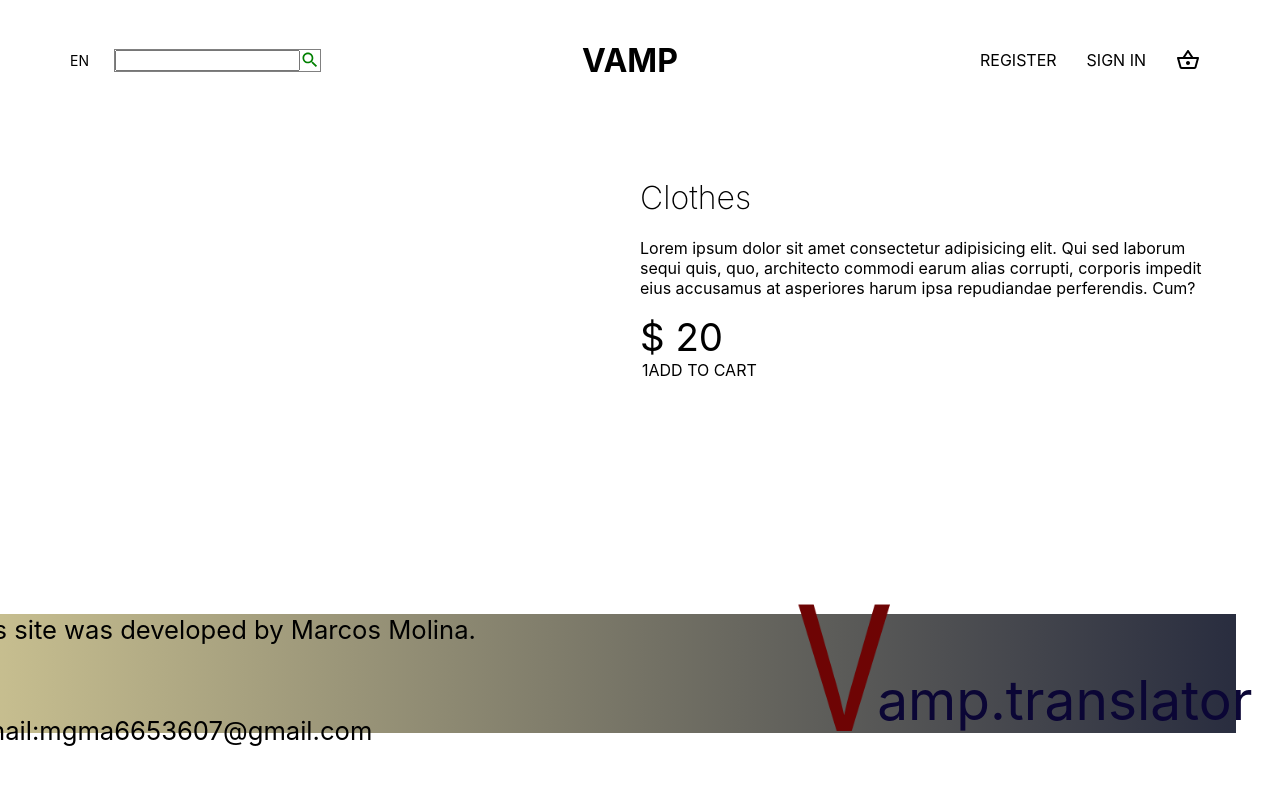
Repository: mgma2005/ecoeli
Page: /
These files come from the project's save history. The page is drawn as it stood at one moment and after the next save; the edit follows.
The browser window is 1280 px wide. The pictures show the part of the page from y = 173 to 979 px (the page is 962 px tall before and 979 px after).
The project was rebuilt for these pictures with package versions that can differ from the ones it lists, and the page was loaded fresh each time. Also part of the build but not shown: src/App.css.

Above is the page before, as saved 2022-05-14 17:31:48.

### src/App.js

import './App.css';
//import Home from './pages/Home';
import React from 'react';
//import ProductList from './pages/ProductList';
import Product from './pages/Product';


function App() {
  return <Product />
}

export default App;

### src/pages/Product.jsx
import { Add } from "@material-ui/icons";
import { Remove } from "@material-ui/icons";
import styled from "styled-components";
//import Product from '../pages/Product';
import Announcement from "../Components/Announcement";
import Navbar from '../pages/Navbar';
import Footer from '../Components/Footer';




const Container = styled.div`
  padding: 50px;

`;

const Wrapper = styled.div`
  display: flex;
`;

const ImgContainer = styled.div`
  flex: 1;
`;

const Image = styled.div`
  width: 100%;
  height: 90vh;
  object-fit: cover;
`;

const InfoContainer = styled.div`
  flex: 1;
  padding: 0px 50 px;
`;

const Title = styled.h1`
  font-weight: 200;
  margin-top: 20%;
`;

const Desc = styled.p``;

const Price = styled.span`
  font-size: 3vw;
`;

const AddContainer = styled.option`
  display: flex;
  align-items: center;
  width: 50%;
  justify-content: space-between;
`;
const AmountContainer = styled.div`
  display: flex;
  align-items: center;
  font-weight: 700;
`;
const Amount = styled.span``;

const Button = styled.button``;





const Product = ({ item }) => {
  return (
    <Container>
        <Announcement/>
        <Navbar/>
        <Wrapper>
        <ImgContainer>
        <Image src="https://www.tactimex.com/wp-content/uploads/2018/11/Googles1.jpg"/>
        </ImgContainer>
        <InfoContainer>
          <Title>Clothes</Title>
          <Desc>Lorem ipsum dolor sit amet consectetur adipisicing elit. Qui sed laborum sequi quis, quo, architecto commodi earum alias corrupti, corporis impedit eius accusamus at asperiores harum ipsa repudiandae perferendis. Cum? </Desc>
          <Price>$ 20</Price>
          <AddContainer>

            <AmountContainer>
              <Remove/>
              <Amount>1</Amount>
              <Add/>
            </AmountContainer>
            <Button>ADD TO CART</Button>
          </AddContainer>
        </InfoContainer>
      </Wrapper>
      <Footer />
    </Container>
  );
};

export default Product;

### src/Components/Announcement.jsx
import styled from "styled-components";
import React from "react";

const Text = styled.div`
  font-size: 5vw;
  text-align: center;
  background-image: url("https://img.freepik.com/foto-gratis/bandera-argentina-sobre-fondo-blanco_532129-292.jpg?w=900");
  background-size: 20vw;
  background-repeat: no-repeat;
  background-position: center;



`

const P = styled.div`
  font-size: 3vw;
`


const Announcement = () => {
  return (
    <Text>
          Wellcome to Miss Argentina...
        <P>
          the most beautifull footwear ever!
        </P>
    </Text>
  )
}

export default Announcement

### src/pages/Navbar.jsx
import React from 'react';
import styled from 'styled-components';
import { Search, ShoppingBasketOutlined } from "@material-ui/icons";
import { Badge } from '@material-ui/core';



const Container = styled.div`
height: 60px;

`

const Wrapper = styled.div`
padding: 10px 20px;
display: flex;
align-items: center;
justify-content: space-between;

`

const Left = styled.div`
flex: 1;
display: flex;
align-items: center;
`

const Language = styled.span`
    font-size: 14px;
    cursor: pointer;
`

const SearchContainer = styled.div`
    border: 1px solid gray;
    display: flex;
    align-items: center;
    margin-left: 25px;
`

const Input = styled.input`
    border= none;
`
const Logo = styled.h1`
    font-weight: bold;
`


const Center = styled.div`
flex: 1;
text-align: center;
`
const Right = styled.div`
flex: 1;
display: flex;
align-items: center;
justify-content: flex-end;
`

const MenuItem = styled.div`
    font-size= 14px;
    cursor: pointer;
`

function Navbar() {
    return (
        <Container>
            <Wrapper>
            <Left>
               <Language>EN</Language>
               <SearchContainer>
                   <Input/>
                   <Search style={{color:"green", fontSize: 20}}/>
               </SearchContainer>
            </Left>
            <Center><Logo>VAMP</Logo></Center>
            <Right style={{padding: 5, margin: 5}}>
                <MenuItem>REGISTER</MenuItem>
                <MenuItem style={{padding: 30}}>SIGN IN</MenuItem>
                <MenuItem>
                <Badge badgecontent={4} color="primary">
                    <ShoppingBasketOutlined/>
                </Badge>
                </MenuItem>

            </Right>
            </Wrapper>
        </Container>
    );
}

export default Navbar;

### src/Components/Footer.jsx
import React from 'react';
import '../style.css';

  function Footer() {
	return (
		<div className="row">
			<div className="cont2">
				<div className="thissite">This site was developed by Marcos Molina.</div>
				<div className="email">E-mail:mgma6653607@gmail.com</div>
				<div className="col-6">
					<div className="V">V</div>
					<div className="ampi">amp.translator</div>
				</div>
			</div>
		</div>
	);
}

export default Footer;

### src/style.css
.cont2{
    margin: -8%;
    width: 100vw;
    height: auto;
    background: linear-gradient(to right, rgb(204, 195, 146),rgb(41, 45, 63));

}

.thissite{
    font-size: 2vw;
    width: 70vw;

    margin-top: -6%;

}

.email{
    font-size: 2vw;
    align-content: center;
    margin-top: 5.5%;

}

.V{

        color: rgb(110, 4, 4);
        font-family: Courier;
        font-size: 15vw;
        margin-left: 64%;
        margin-top: -13.7%;



        animation-name: vamp;
        animation-timing-function: linear;
        animation-duration: 4s;
        -webkit-transform-origin-x: 5vw;
        animation-iteration-count: infinite;
    }
    @keyframes vamp{
        from{transform: rotateY(0deg);}
        to{transform: rotateY(360deg);}
    }


.ampi{
    font-size: 4.3vw;
    margin-left: 72%;
    margin-top: -9.5%;
    color: rgb(11, 6, 53);



}

Loaded but not shown: public/index.html (common file); src/index.js (common file); src/index.css (common file); src/reportWebVitals.js (common file)

After the next save:
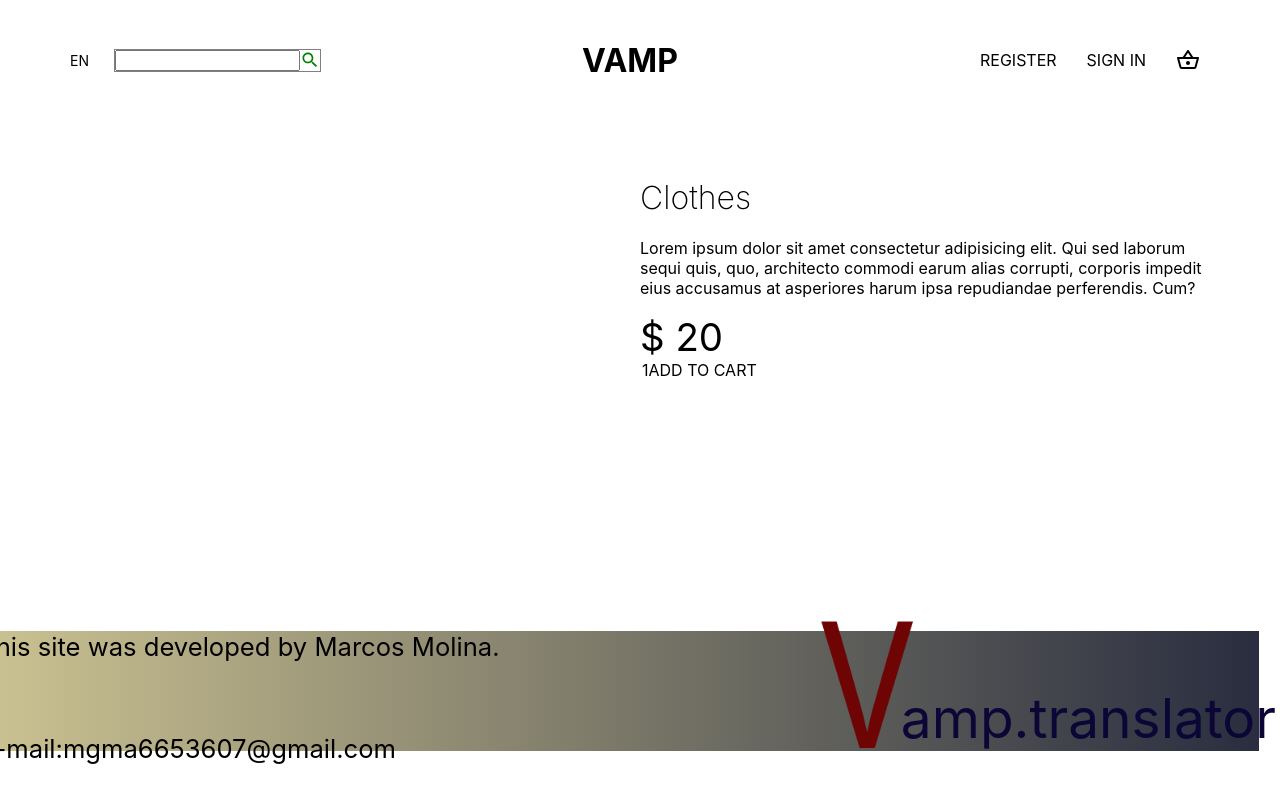
Saved 2 min 27 s later.
--- a/src/style.css
+++ b/src/style.css
@@ -1,5 +1,5 @@
 .cont2{
-    margin: -8%;
+    margin: -6%;
     width: 100vw;
     height: auto;
     background: linear-gradient(to right, rgb(204, 195, 146),rgb(41, 45, 63));
